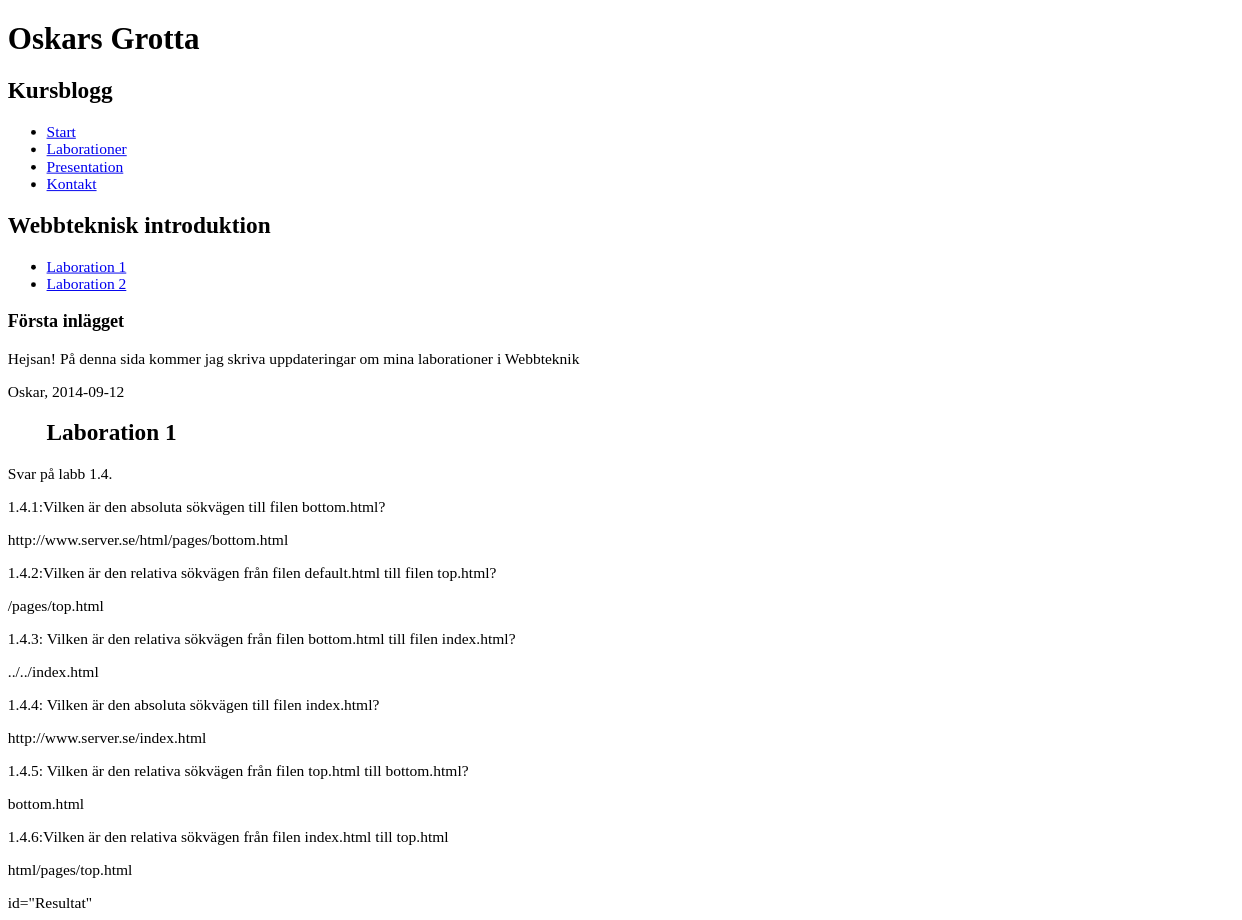
Repository: oe222bu/1ik415-laborationer
Page: index.html
The author's editor kept a record of every edit. The page is drawn from the files as they stood at one moment, then again after the next edit.
The browser window is 1280 px wide. The pictures show the whole page, at 97% of full size.

Above is the page before.

### index.html
<!DOCTYPE HTML>
<html lang="sv">
    <head>
        <meta charset="utf-8" />
        <title>Oskars grotta</title>
    </head>
    <body>
        <h1>Oskars Grotta</h1>
        <h2>Kursblogg</h2>
<ul>
<li><a href="index.html">Start</a></li>
<li><a href="../Pages/laborationer.html">Laborationer</a></li>
<li><a href="../Pages/Presentation.html">Presentation</a></li>
<li><a href="../Pages/kontakt.html">Kontakt</a></li>
        </ul>
        <h2>Webbteknisk introduktion</h2>
        <ul><li><a href="#Laboration1">Laboration 1</a></li>
            <li><a href="#Laboration2">Laboration 2</a></li>
        </ul>


        <h3>Första inlägget</h3>
        <p>Hejsan! På denna sida kommer jag skriva uppdateringar om mina laborationer i Webbteknik</p>
        <p>Oskar, 2014-09-12</p>
        <ul>
<h2 id="Laboration1">Laboration 1</h2>
        </ul>
        <p>Svar på labb 1.4.</p>
        <p>1.4.1:Vilken är den absoluta sökvägen till filen bottom.html?</p>
        <p>http://www.server.se/html/pages/bottom.html</p>
        <p>1.4.2:Vilken är den relativa sökvägen från filen default.html till filen top.html?</p>
            <p>/pages/top.html</p>

        <p>1.4.3: Vilken är den relativa sökvägen från filen bottom.html till filen index.html?</p>
           <p>../../index.html</p>
           <p>1.4.4: Vilken är den absoluta sökvägen till filen index.html?</p>
           <p>http://www.server.se/index.html</p>
           <p>1.4.5: Vilken är den relativa sökvägen från filen top.html till bottom.html?</p>
           <p>bottom.html</p>
           <p>1.4.6:Vilken är den relativa sökvägen från filen index.html till top.html</p>
           <p>html/pages/top.html</p>
        id="Resultat"
    </body>
</html>

After the next edit:
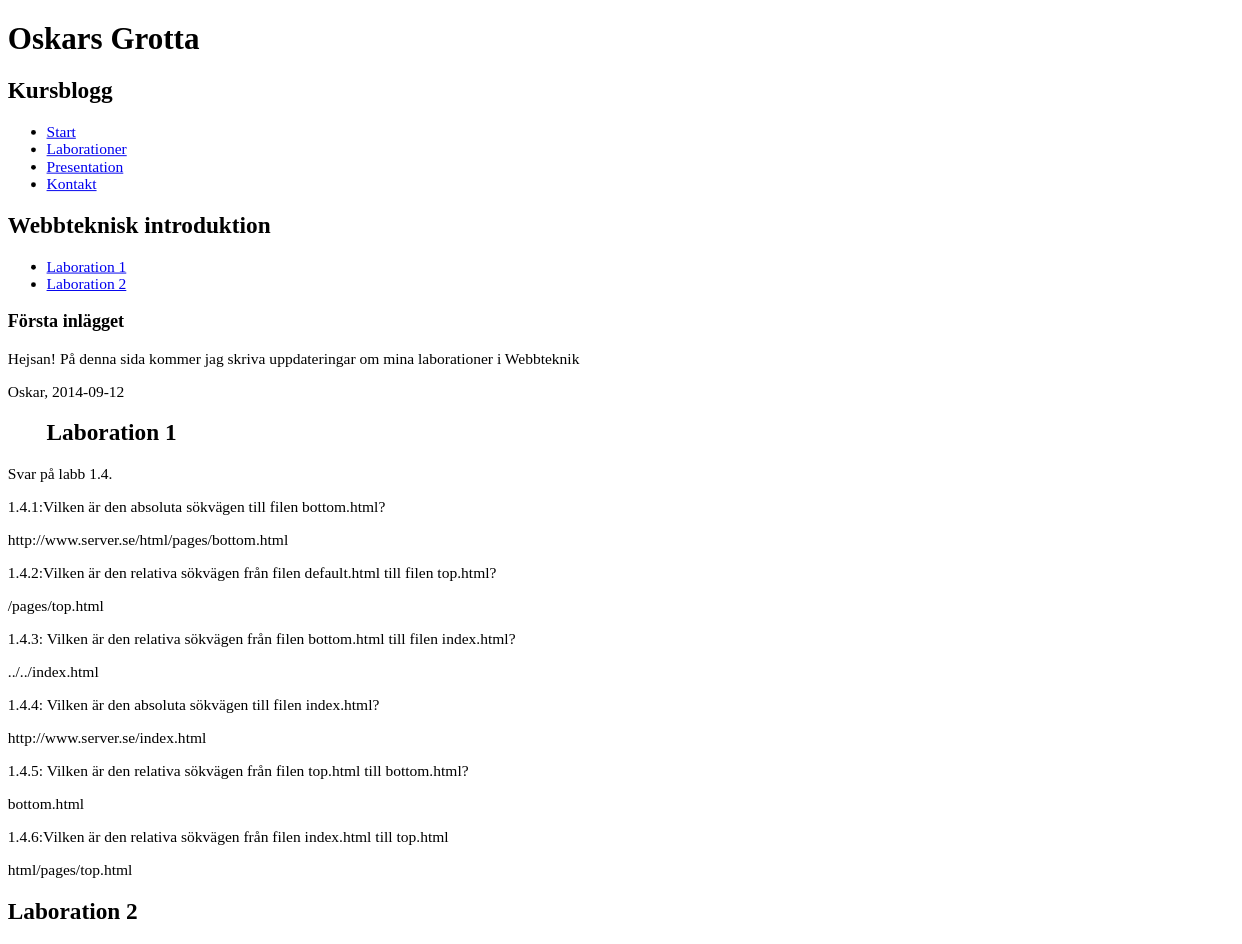
The edit:
--- a/index.html
+++ b/index.html
@@ -39,6 +39,7 @@
            <p>bottom.html</p>
            <p>1.4.6:Vilken är den relativa sökvägen från filen index.html till top.html</p>
            <p>html/pages/top.html</p>
-        id="Resultat"
+
+        <h2 id="Laboration2">Laboration 2</h2>
     </body>
 </html>
